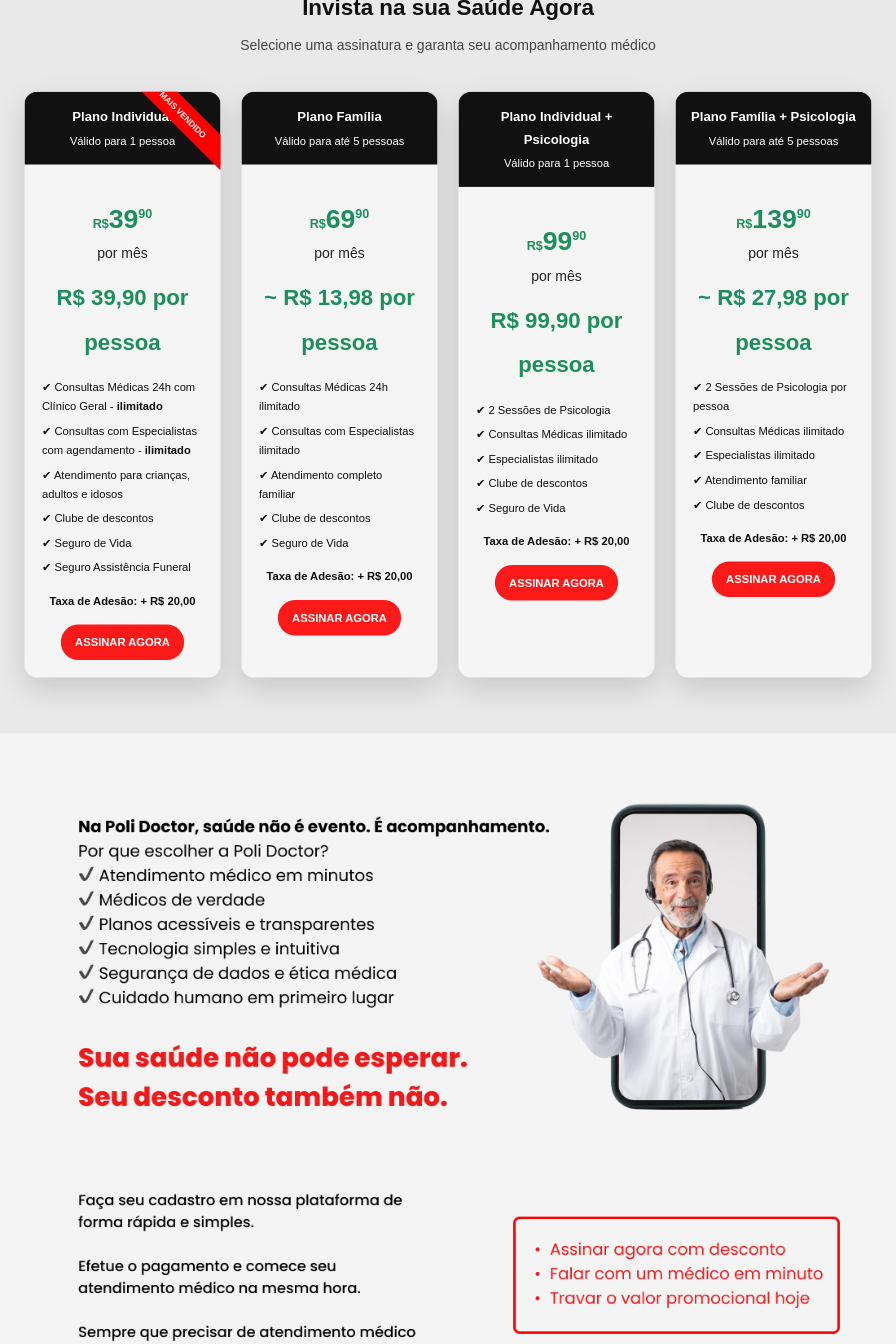
Repository: RenSkywalker/poli-doctor-landing
Page: index.html
An editor plug-in stored every save of this project. The page is shown before and after the next save, followed by the edit.
The browser window is 1280 px wide. The pictures show the part of the page from y = 4580 to 6500 px (the page is 6986 px tall before and 7013 px after), at 70% of full size.

Above is the page before, as saved 2026-02-26 20:51:46.

After the next save:
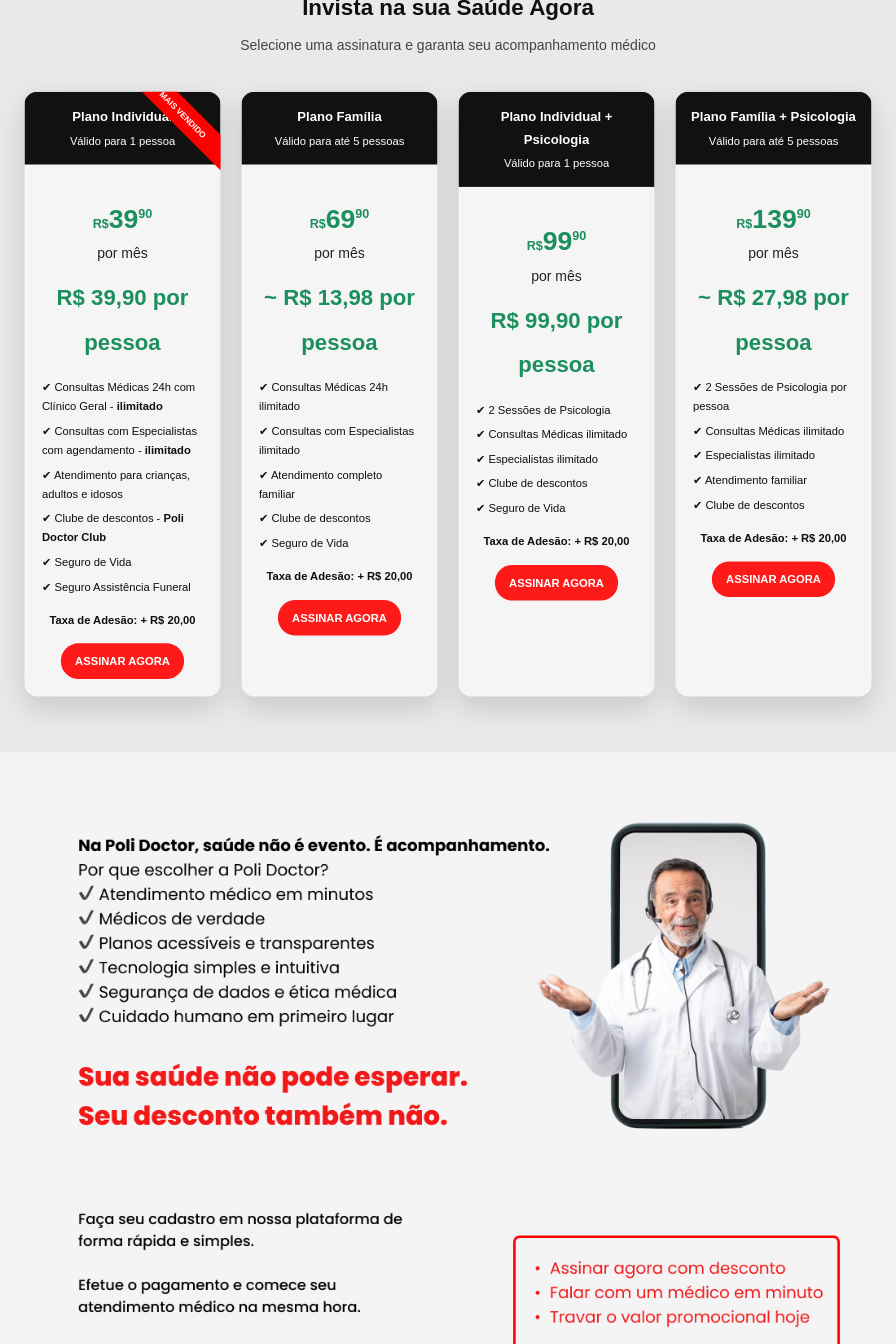
Saved 47 s later.
--- a/index.html
+++ b/index.html
@@ -219,7 +219,7 @@
           <li>✔ Consultas Médicas 24h com Clínico Geral - <strong>ilimitado</strong></li>
           <li>✔ Consultas com Especialistas com agendamento - <strong>ilimitado</strong></li>
           <li>✔ Atendimento para crianças, adultos e idosos</li>
-          <li>✔ Clube de descontos</li>
+          <li>✔ Clube de descontos - <strong>Poli Doctor Club</strong></li>
           <li>✔ Seguro de Vida</li>
           <li>✔ Seguro Assistência Funeral</li>
         </ul>
